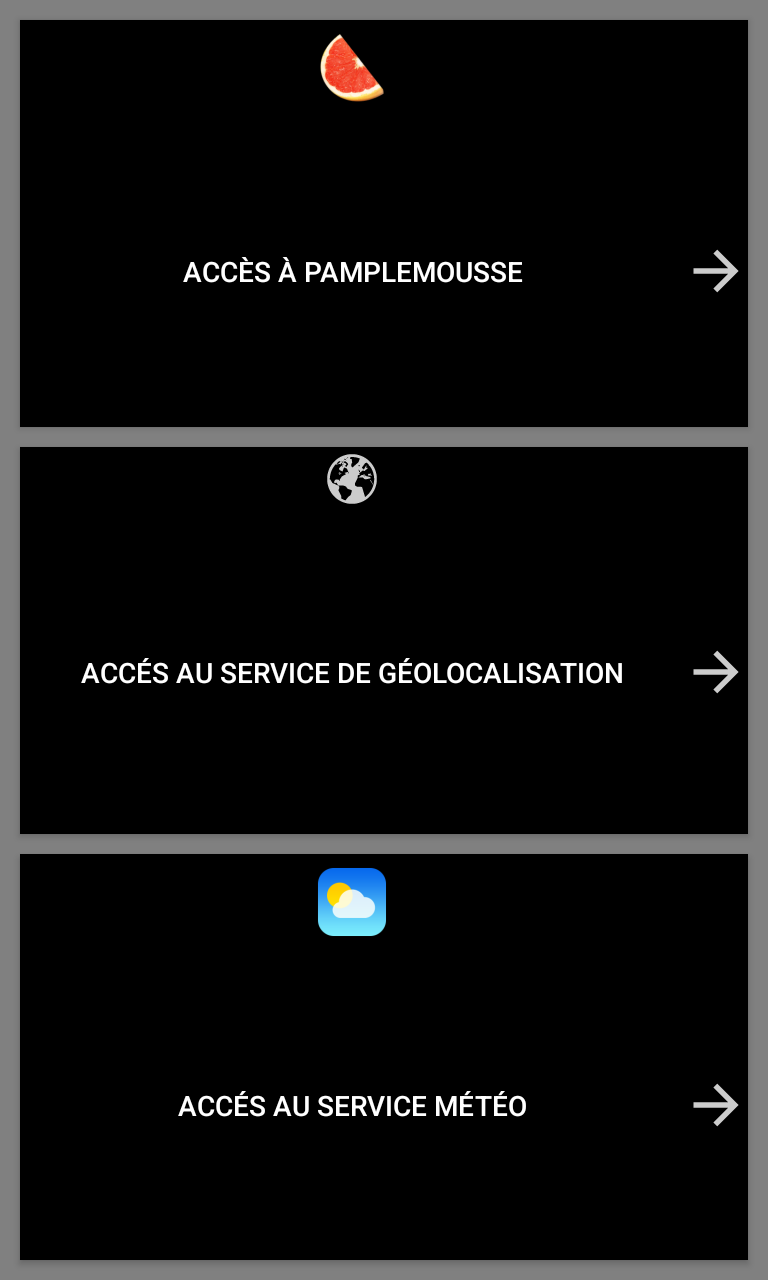
Repository: cpluuuusplus/WhoWantsKitKat
Layout: Appli++/res/layout/activity_menu_principal.xml
An editor plug-in stored every save of this project. The layout is shown before and after the next save, followed by the edit.
It is drawn on a 768 x 1280 px phone screen (xhdpi) without system bars, with theme Theme.AppCompat.Light; the app's code is not run.

Above is the layout before, as saved 2014-05-09 09:10:44.

### Appli++/res/layout/activity_menu_principal.xml
<?xml version="1.0" encoding="utf-8"?>
<LinearLayout xmlns:android="http://schemas.android.com/apk/res/android"
    android:layout_width="match_parent"
    android:layout_height="match_parent"
    android:background="@color/gray"
    android:orientation="vertical" >

    <Button
        android:id="@+id/main_act1"
        android:layout_width="match_parent"
        android:layout_height="fill_parent"
        android:layout_marginLeft="10dp"
        android:layout_marginRight="10dp"
        android:layout_marginTop="10dp"
        android:layout_weight="1"
        android:background="@color/black_color"
        android:drawableRight="@drawable/ic_action_forward"
        android:drawableTop="@drawable/pamplemousse"
        android:onClick="pamplemousse"
        android:text="@string/pamp_viewer"
        android:textColor="@color/white" />

    <Button
        android:id="@+id/main_act2"
        android:layout_width="match_parent"
        android:layout_height="fill_parent"
        android:layout_margin="10dp"
        android:layout_weight="1"
        android:background="@color/black_color"
        android:drawableRight="@drawable/ic_action_forward"
        android:drawableTop="@drawable/ic_action_web_site"
        android:onClick="geolocalisation"
        android:text="@string/geo"
        android:textColor="@color/white" />

    <Button
        android:id="@+id/main_act3"
        android:layout_width="match_parent"
        android:layout_height="fill_parent"
        android:layout_marginBottom="10dp"
        android:layout_marginLeft="10dp"
        android:layout_marginRight="10dp"
        android:layout_weight="1"
        android:background="@color/black_color"
        android:drawableRight="@drawable/ic_action_forward"
        android:drawableTop="@drawable/weather"
        android:onClick="meteo"
        android:text="@string/meteo"
        android:textColor="@color/white" />

</LinearLayout>

### Appli++/res/values/colors.xml
<?xml version="1.0" encoding="utf-8"?>
<resources>

    <color name="black_color">#000</color>
    <color name="white">#FFFFFF</color>
    <color name="yellow">#FFFF00</color>
    <color name="fuchsia">#FF00FF</color>
    <color name="red">#FF0000</color>
    <color name="silver">#C0C0C0</color>
    <color name="gray">#808080</color>
    <color name="olive">#808000</color>
    <color name="purple">#800080</color>
    <color name="maroon">#800000</color>
    <color name="aqua">#00FFFF</color>
    <color name="lime">#00FF00</color>
    <color name="teal">#008080</color>
    <color name="green">#008000</color>
    <color name="blue">#0000FF</color>
    <color name="darkslategray">#2F4F4F</color>
    <color name="darkorange">#FF8C00</color>
    <color name="navy">#000080</color>
    <color name="orange">#ff5500</color>
    <color name="transparent">#00000000</color>
    <color name="date_color">#999999</color>
    <color name="gold">#e6b121</color>
    <color name="blueback">#99FFFF</color>
    <color name="articlecolor">#3399FF</color>
    <color name="article_title">#3399FF</color>
    <color name="cachecolor">#8ad0e8</color>

</resources>

### Appli++/res/values/strings.xml
<?xml version="1.0" encoding="utf-8"?>
<resources>

    <string name="app_name">Qui veut manger un KitKat ?</string>
    <string name="hello_world">Hello world!</string>
    <string name="nb_cours">%1$d cours viennent d\'être mis à jours</string>
    <string name="direct">Accès direct à pamplemousse viewer</string>
    <string name="refresh">Refresh</string>

    <!-- Nom des menus ! -->

    <string name="home">Qui veut un KitKat ?</string>
    <string name="pamp_viewer">Accès à Pamplemousse</string>
    <string name="agenda_null">Première connection ? Renseignez vos identifiants, et synchroniser</string>
    <string name="url_error">Impossible de se connecter au serveur, veuillez vérifier vos identifiants et votre connection à internet</string>
    <string name="menu_pampl">Accès à Pamplemousse</string>
    <string name="connection">Accès à Pamplemousse</string>
    <string name="remote">Accès à Pamplemousse en ligne</string>
    <string name="pampl_desc">Emploi du temps, mails,...</string>
    <string name="geo">Accés au service de Géolocalisation</string>
    <string name="geo_desc">Géolocalisation</string>
    <string name="meteo">Accés au service Météo</string>
    <string name="meteo_desc">Prévisions météo pour : </string>
    <string name="meteo_tc">Températures</string>
    <string name="meteo_wind">Vent</string>
    <string name="meteo_rain">Pluie</string>
    <string name="meteo_clouds">Nuages</string>
    <string name="valider_localite">Valider</string>

    <!-- Cas non défini -->

    <string name="to_be_defined">Doit etre défini</string>

    <!-- Test login -->

    <string name="menu_settings">Settings</string>
    <string name="title_activity_main">MainActivity</string>
    <string name="image_content_description">Un Android avec un chien</string>
    <string name="login">S\'identifier</string>
    <string name="email">Id utilisateur</string>
    <string name="password">Mot de passe</string>
    <string name="connect">Se connecter</string>
    <string name="get_localite">Récupérer ma localisation actuelle</string>
    <string name="saisir_localite">Saisir une ville ici</string>
    <string name="desc_saisie_localite">Vous pouvez saisir une localité</string>
    <string name="temp">Ce champ doit etre rempli</string>
    <string name="geoloc_osm">Géolocationsation par OSM/OCM</string>

</resources>

After the next save:
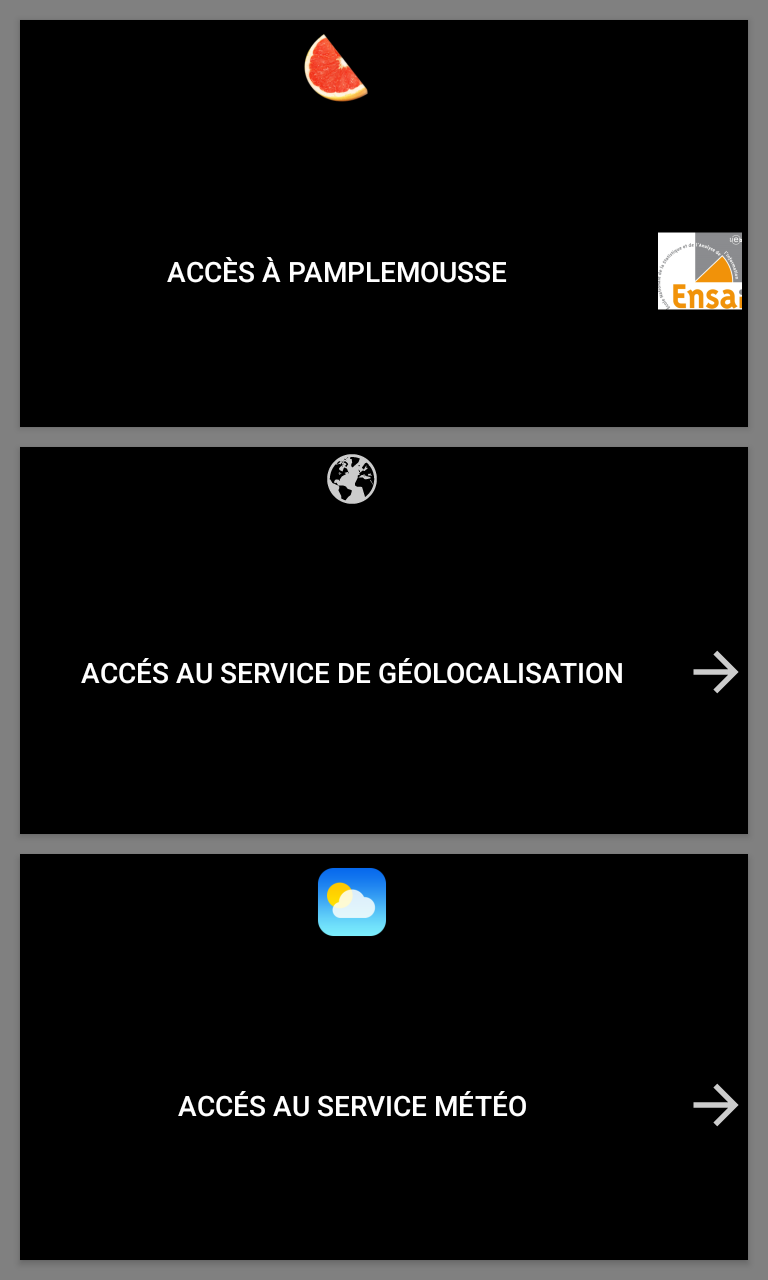
Saved 23 s later.
--- a/Appli++/res/layout/activity_menu_principal.xml
+++ b/Appli++/res/layout/activity_menu_principal.xml
@@ -14,7 +14,7 @@
         android:layout_marginTop="10dp"
         android:layout_weight="1"
         android:background="@color/black_color"
-        android:drawableRight="@drawable/ic_action_forward"
+        android:drawableRight="@drawable/ic_ensai"
         android:drawableTop="@drawable/pamplemousse"
         android:onClick="pamplemousse"
         android:text="@string/pamp_viewer"
